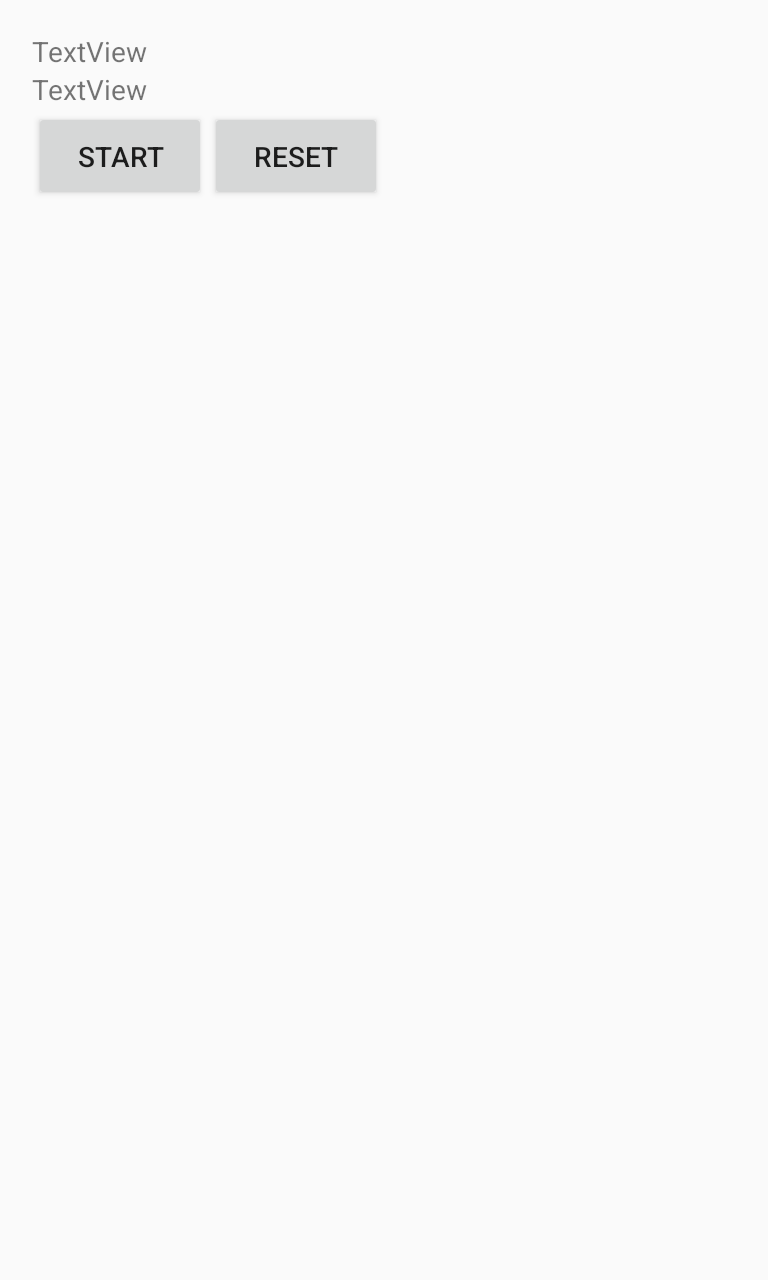
Repository: GitDidNotExitCleanly/AndroidTimer
Layout: StopWatch/res/layout/activity_main.xml
The author's editor kept a copy of each file at every save. The layout is drawn from the files as they stood at one save, then again after the next save.
It is drawn on a 768 x 1280 px phone screen (xhdpi) without system bars, with theme AppTheme; the app's code is not run. Lists and similar views that code fills are empty.

Above is the layout before, as saved 2015-03-04 22:52:36.

After the next save:
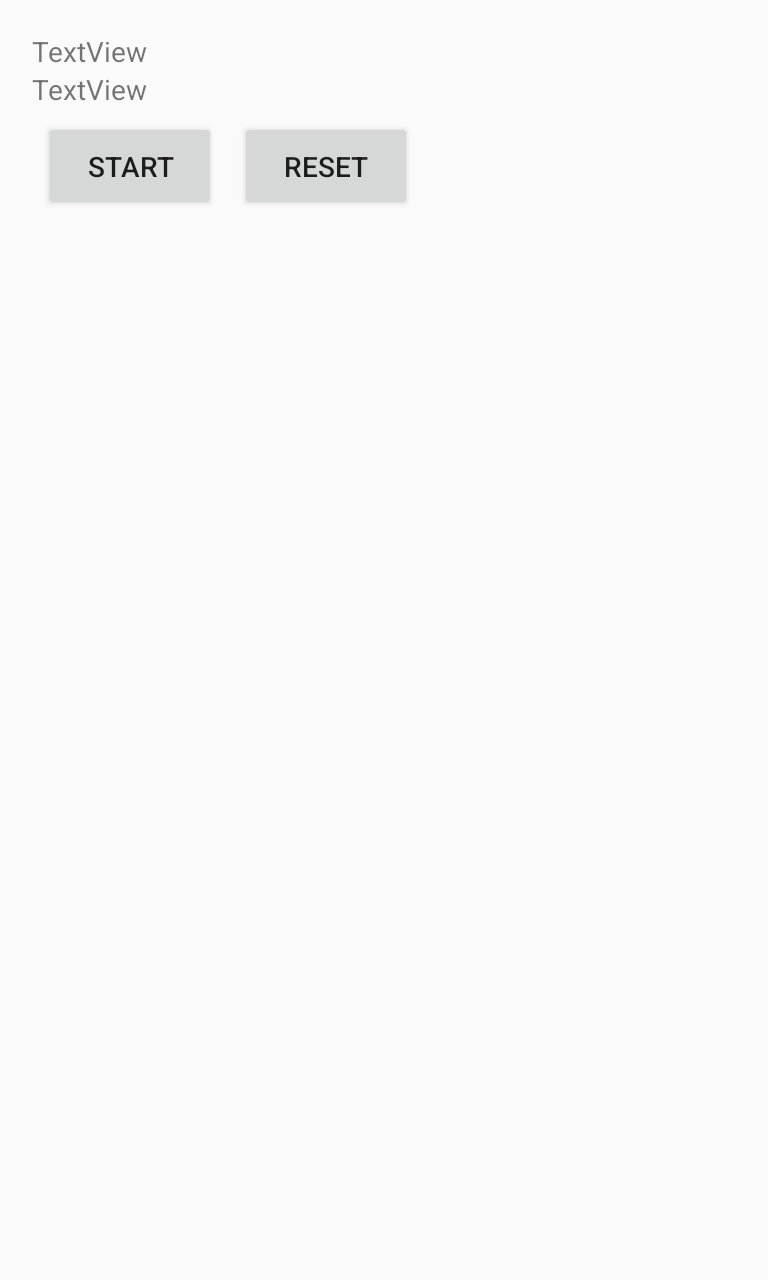
Saved 60 s later.
--- a/StopWatch/res/layout/activity_main.xml
+++ b/StopWatch/res/layout/activity_main.xml
@@ -52,12 +52,14 @@
                 android:id="@+id/button1"
                 android:layout_width="wrap_content"
                 android:layout_height="wrap_content"
+                android:layout_margin="5dp"
                 android:text="Start" />
 
             <Button
                 android:id="@+id/button2"
                 android:layout_width="wrap_content"
                 android:layout_height="wrap_content"
+                android:layout_margin="5dp"
                 android:text="Reset" />
 
         </TableRow>
